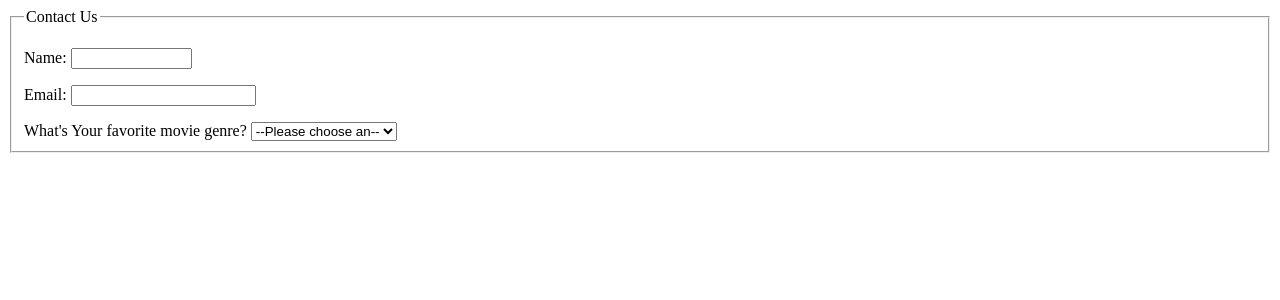
Repository: samuraijane/dc-builders
Page: week6/1-tuesday/homework/exercise2/index.html
These files come from the project's save history. The page is drawn as it stood at one moment and after a run of saves; the edit follows.
The browser window is 1280 px wide. The pictures show the whole page.

Above is the page before, as saved 2020-08-13 17:46:30.

### week6/1-tuesday/homework/exercise2/index.html
<!doctype html>

<html lang="en">
  <head>
    <meta charset="utf-8">
    <title>Week6 – Tuesday Homework Exercise 2</title>
    <meta name="description" content="Week6 – Tuesday Homework Exercise 2">
    <meta name="author" content="<yourNameGoesHere>">
    <link rel="stylesheet" href="style.css">
  </head>

  <body>
   <form>
    <fieldset>
      <legend>Contact Us</legend>
      <p>
        <label for="name"> Name: </label>
        <input type="text" id="name" name="name" required
                minlength="4" maxlength="10" size="12">
      </p>
      <p>
        <label for="email"> Email: </label>
        <input type="email" id="email" name="email" required>
      </p>
      <label for="genre-select"> What's Your favorite movie genre? </label>
      <select name="genre" id="genre-select">
        <option value="" disabled selected>--Please choose an--</option>
        <option value="action">Action</option>
        <option value="adventure">Adventure</option>
        <option value="comedy">Comedy</option>

    </fieldset>
  </form>
    <script src="script.js"></script>
  </body>
</html>

Loaded but not shown: week6/1-tuesday/homework/exercise2/style.css (no copy from this time; the picture is the same without it); week6/1-tuesday/homework/exercise2/script.js (empty)

After the next 2 saves:
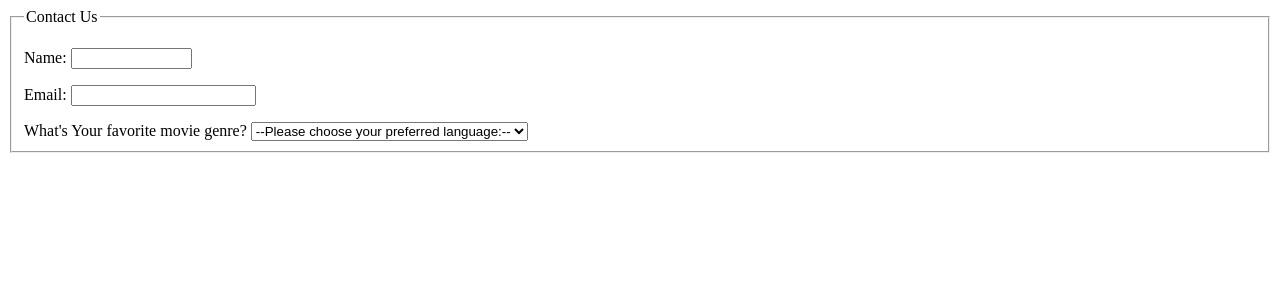
The 2 saves are shown as one change because they came seconds apart.
The last was saved 12 s later.
--- a/week6/1-tuesday/homework/exercise2/index.html
+++ b/week6/1-tuesday/homework/exercise2/index.html
@@ -24,7 +24,7 @@
       </p>
       <label for="genre-select"> What's Your favorite movie genre? </label>
       <select name="genre" id="genre-select">
-        <option value="" disabled selected>--Please choose an--</option>
+        <option value="" disabled selected>--Please choose your preferred language:--</option>
         <option value="action">Action</option>
         <option value="adventure">Adventure</option>
         <option value="comedy">Comedy</option>
